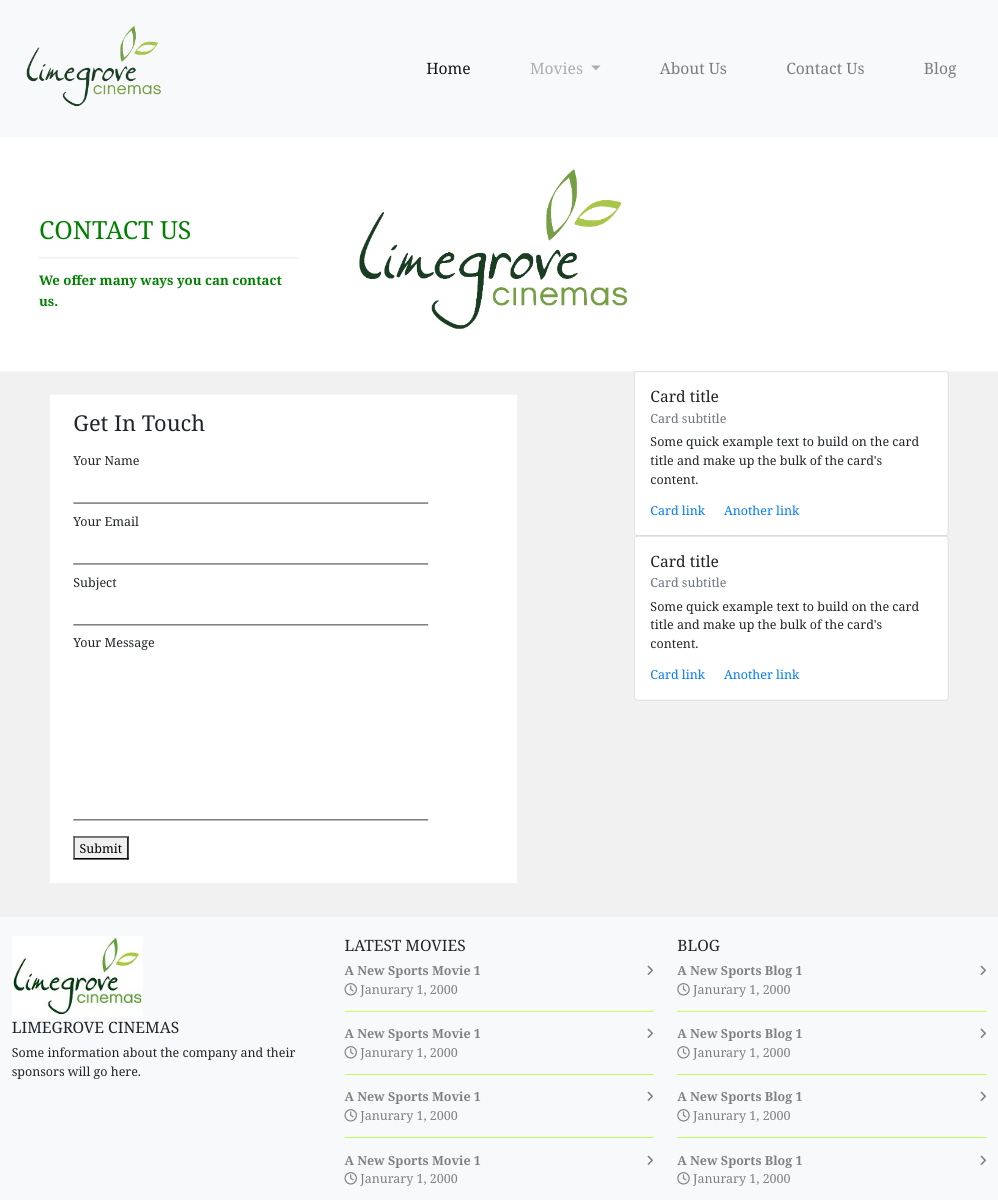
Repository: SimplyZacc/movie-web-template
Page: http://localhost/contactus.php
An editor plug-in stored every save of this project. The page is shown before and after the next save, followed by the edit.
The browser window is 1280 px wide. The pictures show the whole page, at 78% of full size.
Some web libraries are served in a nearby version. The page is run by PHP 8.4 with error messages shown; the project is at /var/www/html/.

Above is the page before, as saved 2020-03-28 19:29:20.

After the next save:
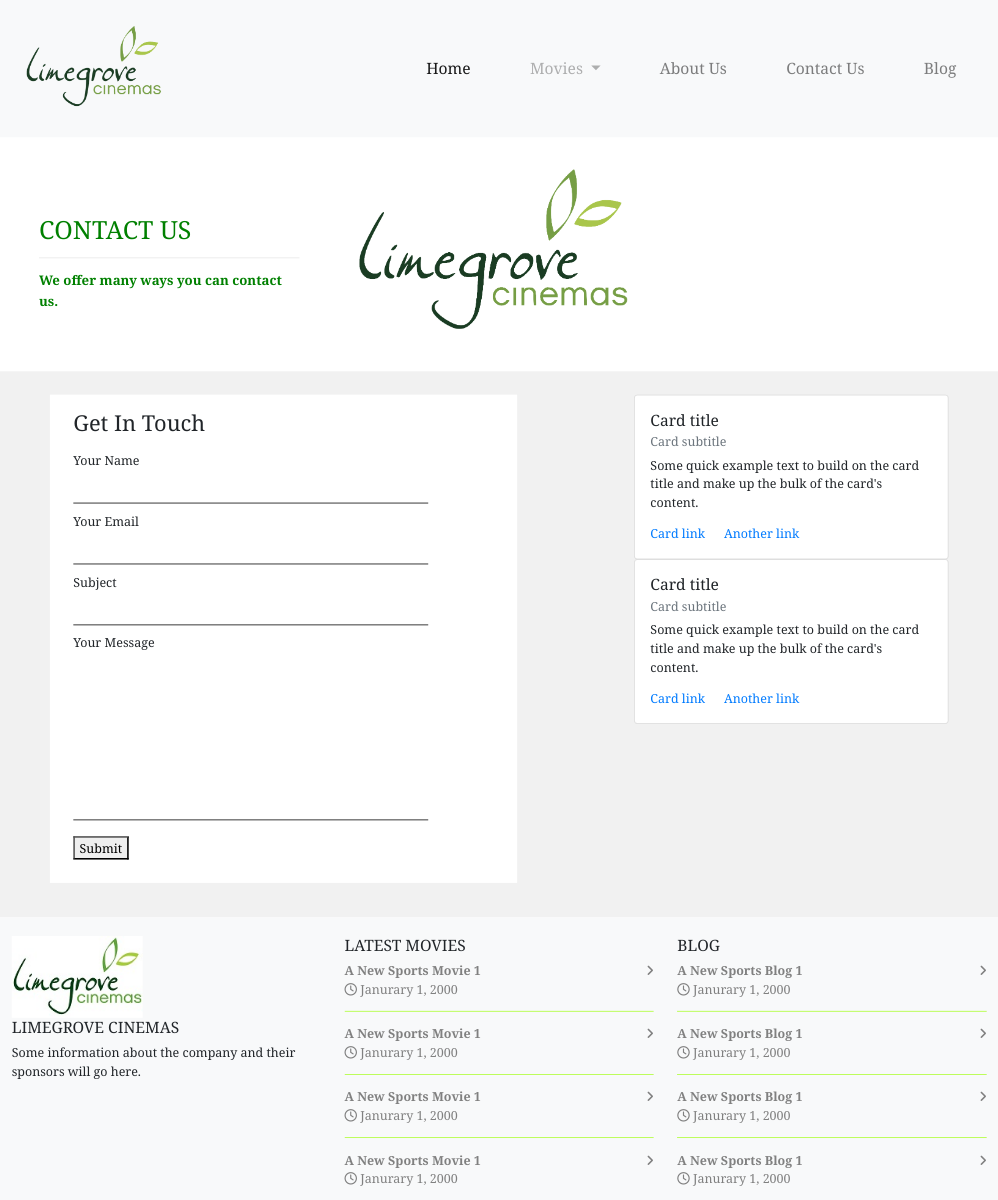
Saved 24 s later.
--- a/contactus.php
+++ b/contactus.php
@@ -16,24 +16,25 @@ include "templates/header.php";
 <div class="contact-body">
     <div class="contact-body-sub">
         <div class="contact-right">
+            <div class="contact-card">
+                <div class="card" class="contact-card">
+                    <div class="card-body">
+                        <h5 class="card-title">Card title</h5>
+                        <h6 class="card-subtitle mb-2 text-muted">Card subtitle</h6>
+                        <p class="card-text">Some quick example text to build on the card title and make up the bulk of the card's content.</p>
+                        <a href="#" class="card-link">Card link</a>
+                        <a href="#" class="card-link">Another link</a>
+                    </div>
+                </div>
 
-            <div class="card" class="contact-card">
-                <div class="card-body">
-                    <h5 class="card-title">Card title</h5>
-                    <h6 class="card-subtitle mb-2 text-muted">Card subtitle</h6>
-                    <p class="card-text">Some quick example text to build on the card title and make up the bulk of the card's content.</p>
-                    <a href="#" class="card-link">Card link</a>
-                    <a href="#" class="card-link">Another link</a>
-                </div>
-            </div>
-
-            <div class="card" class="contact-card">
-                <div class="card-body">
-                    <h5 class="card-title">Card title</h5>
-                    <h6 class="card-subtitle mb-2 text-muted">Card subtitle</h6>
-                    <p class="card-text">Some quick example text to build on the card title and make up the bulk of the card's content.</p>
-                    <a href="#" class="card-link">Card link</a>
-                    <a href="#" class="card-link">Another link</a>
+                <div class="card" class="contact-card">
+                    <div class="card-body">
+                        <h5 class="card-title">Card title</h5>
+                        <h6 class="card-subtitle mb-2 text-muted">Card subtitle</h6>
+                        <p class="card-text">Some quick example text to build on the card title and make up the bulk of the card's content.</p>
+                        <a href="#" class="card-link">Card link</a>
+                        <a href="#" class="card-link">Another link</a>
+                    </div>
                 </div>
             </div>
         </div>
